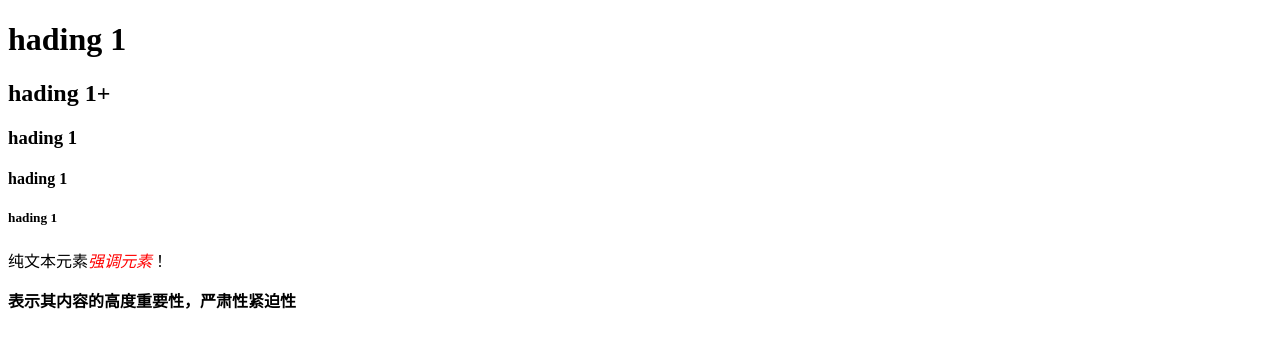
Repository: zyq1120/vscode
Page: HTML/index_01.html
The author's editor kept a copy of each file at every save. The page is drawn from the files as they stood at one save, then again after the next save.
The browser window is 1280 px wide. The pictures show the whole page.

Above is the page before, as saved 2024-09-25 22:02:14.

After the next save:
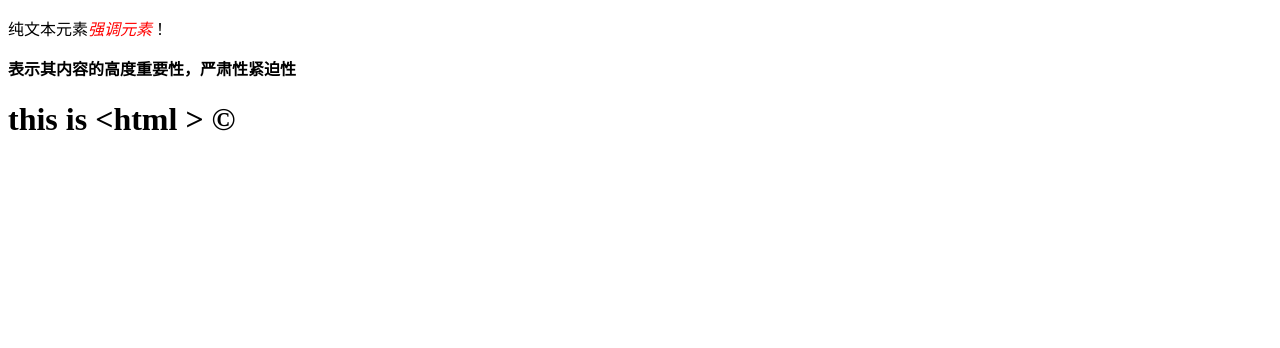
Saved 4 min 59 s later.
--- a/HTML/index_01.html
+++ b/HTML/index_01.html
@@ -13,13 +13,13 @@
     </style>
 </head>
 <body>
-    <h1>hading 1</h1>
-    <h2>hading 1+</h2>
-    <h3>hading 1</h3>
-    <h4>hading 1</h4>
-    <h5>hading 1</h5>
+
+
+
     <p>纯文本元素<em>强调元素</em>！</p>
     <p><strong>表示其内容的高度重要性，严肃性紧迫性</strong></p>
+    <h1>this is &lt;html &gt;  &copy;</h1>
+
 
 </body>
 </html>
